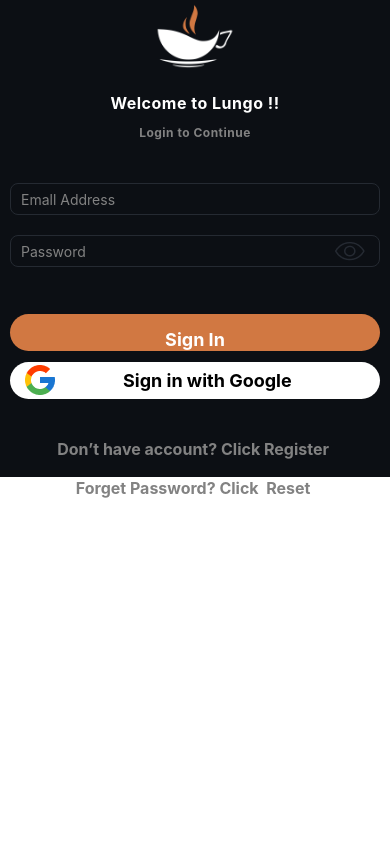
Repository: nguoilaisaochoi/App-coffe
Screen: /
The author's editor kept a copy of each file at every save. The screen is drawn from the files as they stood at one save, then again after the next save.
The app was drawn by React Native's web renderer in a window 390 px wide. The project was rebuilt for these pictures with package versions that can differ from the ones it lists, and the page was loaded fresh each time.

Above is the screen before, as saved 2024-01-12 21:20:36.

After the next save:
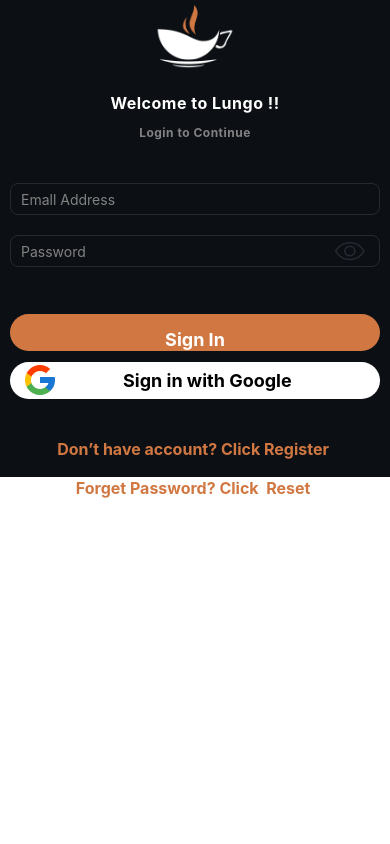
Saved 9 s later.
--- a/src/Login.js
+++ b/src/Login.js
@@ -185,7 +185,7 @@
     fontWeight: '700',
   },
   donaccText: {
-    color: '#828282',
+    color: '#D17842',
     fontSize: 16,
     fontWeight: '700',
   },

After the save that followed:
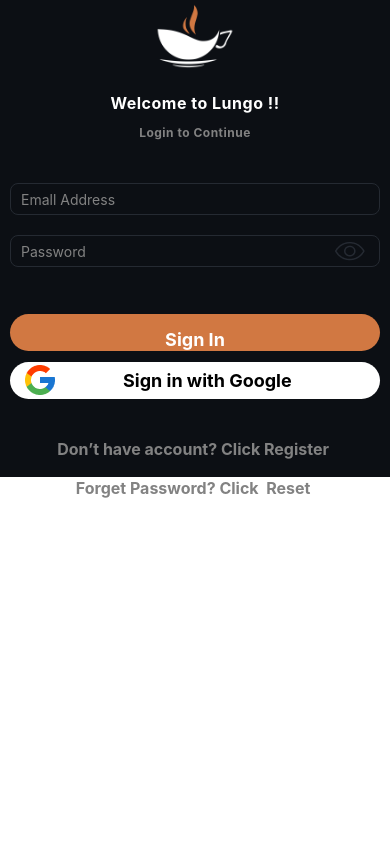
Saved 4 s later.
--- a/src/Login.js
+++ b/src/Login.js
@@ -184,7 +184,7 @@
     fontSize: 16,
     fontWeight: '700',
   },
-  donaccText: {
+  donaccTextor: {
     color: '#D17842',
     fontSize: 16,
     fontWeight: '700',
